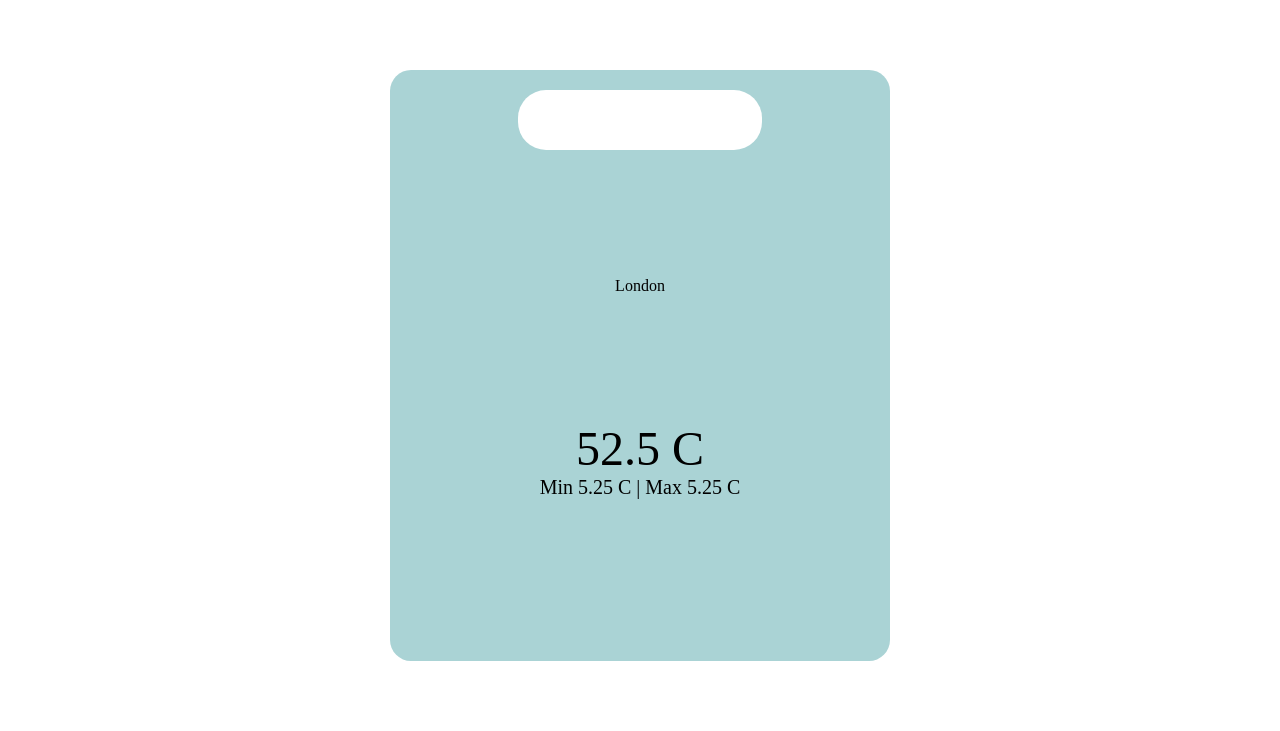
Repository: WajihaGul/Weather-App
Page: /
The author's editor kept a copy of each file at every save. The page is drawn from the files as they stood at one save, then again after the next save.
The browser window is 1280 px wide. The pictures show the whole page.
The project was rebuilt for these pictures with package versions that can differ from the ones it lists, and the page was loaded fresh each time. Also part of the build but not shown: src/index.css.

Above is the page before, as saved 2024-05-29 18:24:58.

After the next save:
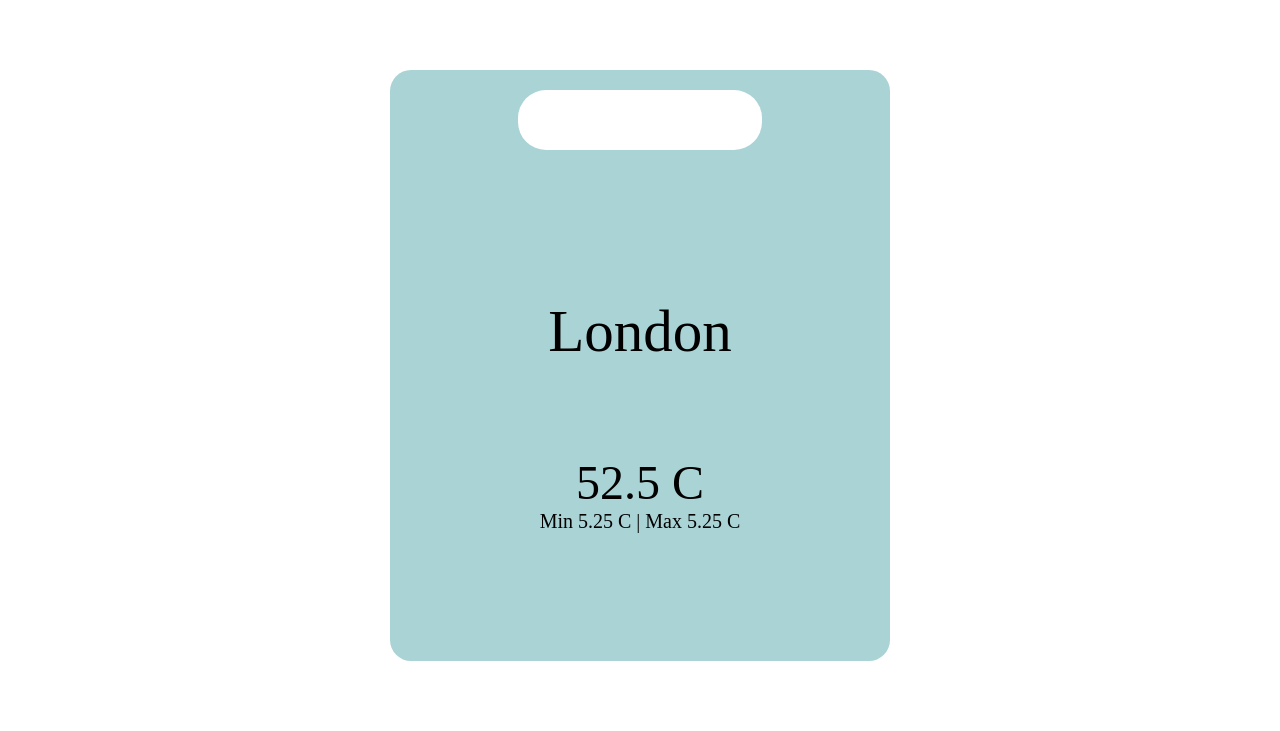
Saved 61 s later.
--- a/src/Components/Weather/Weather.module.css
+++ b/src/Components/Weather/Weather.module.css
@@ -18,11 +18,12 @@
     border-radius: 28px;
 }
 .city{
-      padding-left: 50px;
+       padding-left: 50px;
     padding-right: 50px;
-    padding-top: 126px;
-    padding-bottom: 126px;
+    padding-top: 146px;
+    padding-bottom: 89px;
     font-family: emoji;
+    font-size: 59px;
 }
 .temperature{
     font-size: xxx-large;
